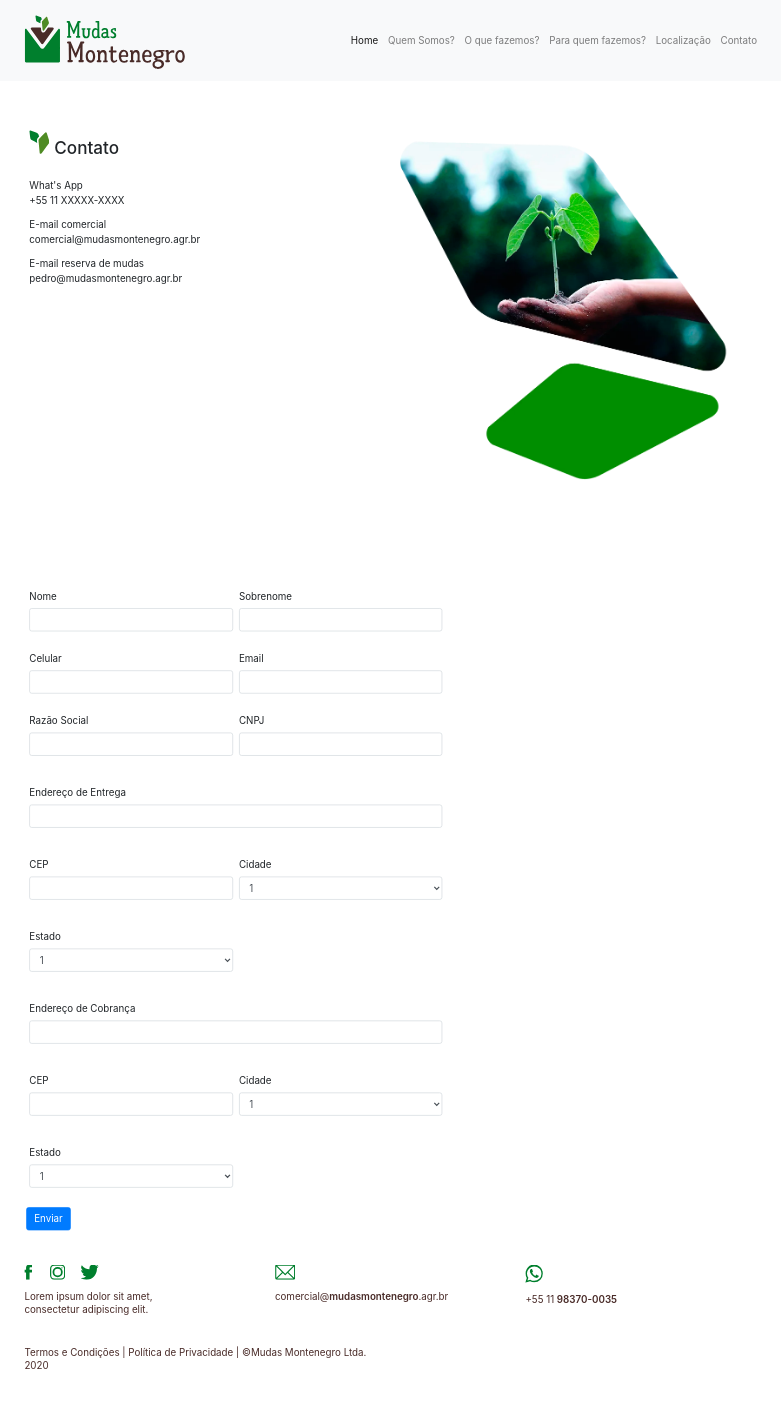
Repository: MaKnok/mudas-montenegro
Page: contato.html
The author's editor kept a copy of each file at every save. The page is drawn from the files as they stood at one save, then again after the next save.
The browser window is 1280 px wide. The pictures show the whole page, at 61% of full size.
Some web libraries are served in a nearby version.

Above is the page before, as saved 2021-06-16 11:22:43.

### contato.html
<!DOCTYPE html>
<html lang="pt-br">
<head>

	<meta charset="utf-8">
	<meta name="viewport" content="width=device-width, initial-scale=1">
	<link rel="icon" type="image/png" href="img/icons/favicon.png"/>
	<title>Mudas Montenegro</title>
	<link rel="stylesheet" href="https://maxcdn.bootstrapcdn.com/bootstrap/4.0.0/css/bootstrap.min.css">
	<script src="https://ajax.googleapis.com/ajax/libs/jquery/3.3.1/jquery.min.js"></script>
	<script src="https://cdnjs.cloudflare.com/ajax/libs/popper.js/1.12.9/umd/popper.min.js"></script>
	<script src="https://maxcdn.bootstrapcdn.com/bootstrap/4.0.0/js/bootstrap.min.js"></script>
	<script src="https://use.fontawesome.com/releases/v5.0.8/js/all.js"></script>
	<link href="style.css" rel="stylesheet">

</head>
<body>

<!-- Navigation -->
<nav class="navbar navbar-expand-md navbar-light bg-light sticky-top">

  <div class="container-fluid">

    <a class="navbar-brand logo" href="index.html"><img src="img/logo_mudas_mont.svg" alt="Mudas Montenegro"></a>

    <button class="navbar-toggler" type="button" data-toggle="collapse" data-target="#navbarResponsive">
        <span class="navbar-toggler-icon"></span>
    </button>

     <div class="collapse navbar-collapse" id="navbarResponsive">
       <ul class="navbar-nav ml-auto">
            <li class="nav-item active">
              <a class="nav-link" href="index.html">Home</a>
          </li>
            <li class="nav-item">
              <a class="nav-link" href="quem-somos.html">Quem Somos?</a>
            </li>
            <li class="nav-item">
              <a class="nav-link" href="o-que-fazemos.html">O que fazemos?</a>
            </li>
            <li class="nav-item">
              <a class="nav-link" href="para-quem-fazemos.html">Para quem fazemos?</a>
            </li>
            <li class="nav-item">
              <a class="nav-link" href="localizacao.html">Localização</a>
            </li>
            <li class="nav-item">
              <a class="nav-link" href="contato.html">Contato</a>
            </li>
        </ul>
    </div>


  </div>

</nav>

<div class="container-fluid">

  <div class="row jumbotron section-top">

    <div class="col-xs-12 col-sm-12 col-md-4 col-lg-4 col-xl-5 content-top">

        <h3 class="page-title">Contato</h3>
        <br />
        <p>
          What's App<br/>
          +55 11 XXXXX-XXXX
        </p>

        <p>
          E-mail comercial<br/>
          comercial@mudasmontenegro.agr.br
        </p>

        <p>E-mail reserva de mudas<br/>
           pedro@mudasmontenegro.agr.br
        </p>

    </div>

    <div class="col-xs-12 col-sm-12 col-md-8 col-lg-8 col-xl-7 image-top">
      <img src="img/leaves_desktop_img.webp" class="img-fluid" alt="Muda">
    </div>

  </div>

</div>

<div class="wrapper">

  <div class="container-fluid padding">

   <div class="row content">

      <div class="col-xs-12 col-sm-12 col-md-12 col-lg-12 col-xl-7">

      <form>

        <div class="form-group">

          <div class="form-row">

            <div class="col-md-6">
              <label for="exampleInputEmail1">Nome</label>
              <input type="text" class="form-control" id="exampleInputText" aria-describedby="Text">
            </div>

            <div class="col-md-6">
              <label for="exampleInputEmail1">Sobrenome</label>
              <input type="text" class="form-control" id="exampleInputText" aria-describedby="Text">
            </div>

          </div>

          <div class="form-row">

              <div class="col-md-6">
                <label for="exampleInputEmail1">Celular</label>
                <input type="text" class="form-control" id="exampleInputText" aria-describedby="Text">
              </div>

              <div class="col-md-6">
                <label for="exampleInputEmail1">Email</label>
                <input type="email" class="form-control" id="exampleInputEmail1" aria-describedby="emailHelp">
              </div>

          </div>

          <div class="form-row">

            <div class="col-md-6">
              <label for="exampleInputEmail1">Razão Social</label>
              <input type="text" class="form-control" id="exampleInputText" aria-describedby="Text">
            </div>

            <div class="col-md-6">
              <label for="exampleInputEmail1">CNPJ</label>
              <input type="text" class="form-control" id="exampleInputText" aria-describedby="Text">
            </div>

          </div>

        </div>

        <div class="form-row">

          <div class="form-group col-md-12">
            <label for="exampleInputEmail1">Endereço de Entrega</label>
            <input type="text" class="form-control" id="exampleInputText" aria-describedby="Text">
          </div>

        </div>

        <div class="form-row">

          <div class="form-group col-md-6">
            <label for="exampleInputEmail1">CEP</label>
            <input type="text" class="form-control" id="exampleInputText" aria-describedby="Text">
          </div>

          <div class="form-group col-md-6">
            <label for="exampleFormControlSelect1">Cidade</label>
              <select class="form-control" id="exampleFormControlSelect1">
              <option>1</option>
              <option>2</option>
              <option>3</option>
              <option>4</option>
              <option>5</option>
              </select>
          </div>

        </div>

        <div class="form-row">

          <div class="form-group col-md-6">
            <label for="exampleFormControlSelect1">Estado</label>
              <select class="form-control" id="exampleFormControlSelect1">
              <option>1</option>
              <option>2</option>
              <option>3</option>
              <option>4</option>
              <option>5</option>
              </select>
          </div>

        </div>

        <div class="form-row">

          <div class="form-group col-md-12">
            <label for="exampleInputEmail1">Endereço de Cobrança</label>
            <input type="text" class="form-control" id="exampleInputText" aria-describedby="Text">
          </div>

        </div>

        <div class="form-row">

          <div class="form-group col-md-6">
            <label for="exampleInputEmail1">CEP</label>
            <input type="text" class="form-control" id="exampleInputText" aria-describedby="Text">
          </div>

          <div class="form-group col-md-6">
            <label for="exampleFormControlSelect1">Cidade</label>
              <select class="form-control" id="exampleFormControlSelect1">
              <option>1</option>
              <option>2</option>
              <option>3</option>
              <option>4</option>
              <option>5</option>
              </select>
          </div>

        </div>

        <div class="form-row">

          <div class="form-group col-md-6">
            <label for="exampleFormControlSelect1">Estado</label>
              <select class="form-control" id="exampleFormControlSelect1">
              <option>1</option>
              <option>2</option>
              <option>3</option>
              <option>4</option>
              <option>5</option>
              </select>
          </div>

        </div>

        <div class="form-row">
          <button type="submit" class="btn btn-primary">Enviar</button>
        </div>

      </form>

      </div>

   </div>

  </div>

</div>


<!--- Footer -->
<footer>

  <div class="container-fluid padding">

    <div class="row text-left">

      <div class="col-md-4">

        <ul class="social-icons">
            <li class="social-icon social-icon_first"><a href="#"><img src="img/icons/facebook.svg"></a></li>
            <li class="social-icon social-icon_second"><a href="#"><img src="img/icons/instagram.svg"></a></li>
            <li class="social-icon social-icon_third"><a href="#"><img src="img/icons/twitter.svg"></a></li>
        </ul>
        <p>Lorem ipsum dolor sit amet, <br/>consectetur adipiscing elit.</p>

      </div>

      <div class="col-md-4">

        <img src="img/icons/mail.svg" class="contact-icon">
        <p>comercial@<span class="phrase-bold">mudasmontenegro</span>.agr.br</p>

      </div>

      <div class="col-md-4">

        <img src="img/icons/whatsapp.svg" class="contact-icon contact-icon-zap">
        <p>+55 11 <span class="phrase-bold">98370-0035</span></p>

      </div>

    </div>

    <div class="row text-left">
        <div class="col-md-6">
          <p class="terms-conditions"><a href="#">Termos e Condições</a> | <a href="#">Política de Privacidade</a> | ©Mudas Montenegro Ltda. 2020 </p>
        </div>
    </div>

  </div>

</footer>

</body>
</html>

### style.css
@import url("https://fonts.googleapis.com/css2?family=Fira+Sans:ital,wght@0,200;0,300;0,400;0,500;0,600;0,700;1,200;1,300;1,400;1,500;1,600;1,700&display=swap");

/*---Media Queries --*/

@media (min-width: 992px) {
  .leaves-home {
    width: 250px;
    margin-bottom: 20px;
  }

  .logo {
    width: 280px;
  }

  .phrase-home {
    font-size: 35px;
    line-height: 45px;
  }

  .carousel-caption {
    width: 550px;
    z-index: 10;
    color: #fff;
    text-align: left;
    top: 40%;
    left: 10%;
    bottom: auto;
    -webkit-transform: translate(0, -50%);
    -ms-transform: translate(0, -50%);
    transform: translate(0, -50%);
  }
}

@media (max-width: 992px) {
  .leaves-home {
    width: 190px;
    margin-bottom: 15px;
  }

  .logo {
    width: 220px;
  }

  .phrase-home {
    font-size: 30px;
    line-height: 40px;
  }

  .carousel-caption {
    width: 400px;
    z-index: 10;
    color: #fff;
    text-align: left;
    top: 35%;
    left: 10%;
    bottom: auto;
    -webkit-transform: translate(0, -50%);
    -ms-transform: translate(0, -50%);
    transform: translate(0, -50%);
  }
}

@media (max-width: 768px) {
  .carousel-caption {
    width: 400px;
    z-index: 10;
    color: #fff;
    text-align: left;
    top: 35%;
    left: 10%;
    bottom: auto;
    -webkit-transform: translate(0, -50%);
    -ms-transform: translate(0, -50%);
    transform: translate(0, -50%);
  }

  .leaves-home {
    width: 190px;
    margin-bottom: 20px;
  }

  .logo {
    width: 220px;
  }

  .pandemia {
    display: flex;
  }

  .pandemia > .content-2 {
    order: -1;
  }

  .phrase-home {
    font-size: 25px;
    line-height: 35px;
  }

  .section-top {
    display: flex;
  }

  .section-top > .image-top {
    order: -1;
  }
}

@media (max-width: 576px) {
  .carousel-caption {
    width: 200px;
    z-index: 10;
    color: #fff;
    text-align: left;
    top: 50%;
    left: 8%;
    bottom: auto;
    -webkit-transform: translate(0, -50%);
    -ms-transform: translate(0, -50%);
    transform: translate(0, -50%);
  }

  .leaves-home {
    width: 130px;
    margin-bottom: 10px;
  }

  .logo {
    width: 180px;
  }

  .phrase-home {
    font-size: 16px;
    line-height: 24px;
  }
}

/*---Firefox Bug Fix --*/
.carousel-item {
  transition: -webkit-transform 0.5s ease;
  transition: transform 0.5s ease;
  transition: transform 0.5s ease, -webkit-transform 0.5s ease;
  -webkit-backface-visibility: visible;
  backface-visibility: visible;
  background-color: #000;
}

/*--- Fixed Background Image --*/
figure {
  position: relative;
  width: 100%;
  height: 60%;
  margin: 0 !important;
}

footer {
  background-color: #fff;
  color: #492b28;
  line-height: 22px;
  padding: 1.5rem;
}

ul,
ol,
li {
  list-style: none;
}

ul {
  padding-inline-start: 0;
}

.fixed-wrap {
  clip: rect(0, auto, auto, 0);
  position: absolute;
  top: 0;
  left: 0;
  width: 100%;
  height: 100%;
}

#fixed {
  background-image: url("img/mac.png");
  position: fixed;
  display: block;
  top: 0;
  left: 0;
  width: 100%;
  height: 100%;
  background-size: cover;
  background-position: center center;
  -webkit-transform: translateZ(0);
  transform: translateZ(0);
  will-change: transform;
}
/*--- Bootstrap Padding Fix --*/
[class*="col-"] {
  padding: 1rem;
}

.carousel-caption {
  text-align: left;
}

.contact-icon {
  margin-bottom: 16px;
}

.page-title {
  font-weight: ;
}

.page-title::before {
  content: "";
  display: inline-block;
  background-image: url(img/icons/leaves.svg);
  background-size: 33px 40px;
  width: 33px;
  height: 40px;
  margin-right: 8px;
}

.phrase-home {
  font-family: "Fira Sans", sans-serif;
}

.phrase-bold {
  font-weight: 600;
}

.picture-home {
  opacity: 0.7;
}

.section-top {
  background-color: #fff;
}

.social-icons {
  text-align: left;
}

.social-icon:not(:first-child) {
  margin-left: 20px;
}

.social-icon:first-child {
  margin-right: 5px;
}

.social-icon {
  display: inline-block;
}

.social-icon > a > img,
.contact-icon {
  height: 25px;
}

.contact-icon-zap {
  height: 30px;
}

.terms-conditions a {
  color: #492b28;
}

.wrapper {
  padding: 0 2em;
}

/*
Extra small (xs) devices (portrait phones, less than 576px)
No media query since this is the default in Bootstrap

Small (sm) devices (landscape phones, 576px and up)
@media (min-width: 576px) { ... }

Medium (md) devices (tablets, 768px and up)
@media (min-width: 768px) { ... }

Large (lg) devices (desktops, 992px and up)
@media (min-width: 992px) { ... }

Extra (xl) large devices (large desktops, 1200px and up)
@media (min-width: 1200px) { ... }
*/

After the next save:
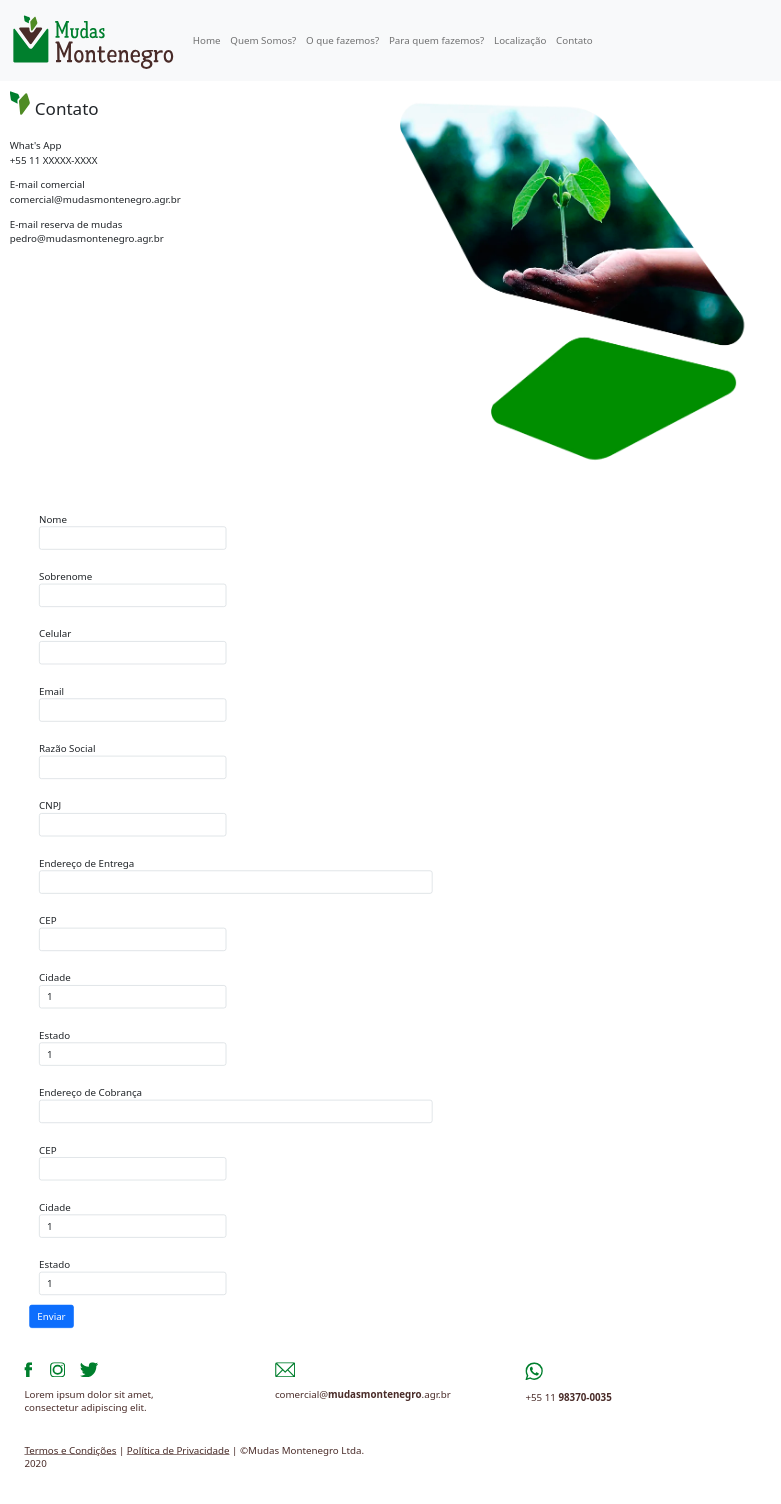
Saved 18 min 11 s later.
--- a/contato.html
+++ b/contato.html
@@ -6,10 +6,7 @@
 	<meta name="viewport" content="width=device-width, initial-scale=1">
 	<link rel="icon" type="image/png" href="img/icons/favicon.png"/>
 	<title>Mudas Montenegro</title>
-	<link rel="stylesheet" href="https://maxcdn.bootstrapcdn.com/bootstrap/4.0.0/css/bootstrap.min.css">
-	<script src="https://ajax.googleapis.com/ajax/libs/jquery/3.3.1/jquery.min.js"></script>
-	<script src="https://cdnjs.cloudflare.com/ajax/libs/popper.js/1.12.9/umd/popper.min.js"></script>
-	<script src="https://maxcdn.bootstrapcdn.com/bootstrap/4.0.0/js/bootstrap.min.js"></script>
+	<link href="https://cdn.jsdelivr.net/npm/bootstrap@5.0.1/dist/css/bootstrap.min.css" rel="stylesheet" integrity="sha384-+0n0xVW2eSR5OomGNYDnhzAbDsOXxcvSN1TPprVMTNDbiYZCxYbOOl7+AMvyTG2x" crossorigin="anonymous">
 	<script src="https://use.fontawesome.com/releases/v5.0.8/js/all.js"></script>
 	<link href="style.css" rel="stylesheet">
 
